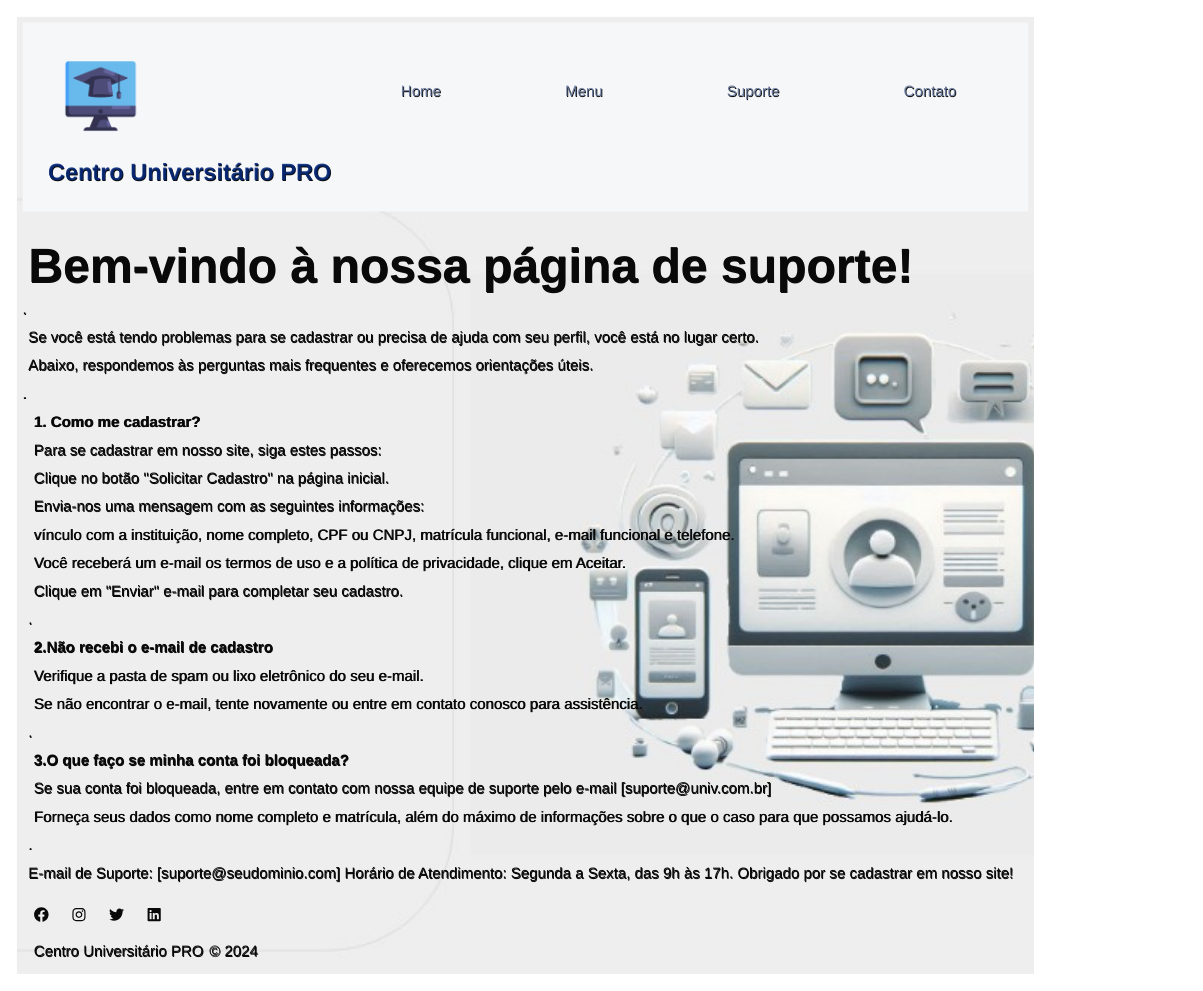
Repository: DanuziaRA/Cadastros-de-Usuarios
Page: /suporte
An editor plug-in stored every save of this project. The page is shown before and after a run of saves, followed by the edit.
The browser window is 1280 px wide. The pictures show the whole page, at 94% of full size.
The project was rebuilt for these pictures with package versions that can differ from the ones it lists, and the page was loaded fresh each time. Also part of the build but not shown: vite.config.js, src/components/Footer.css, src/router/Contact.jsx, src/router/ErrorPage.jsx, src/router/ContactDetails.jsx, src/router/Login.css, src/router/Login.jsx, src/router/Menu.jsx and 10 more.

Above is the page before, as saved 2024-10-02 16:46:00.

### src/main.jsx
import { StrictMode } from 'react'
import { createRoot } from 'react-dom/client'
import App from './App.jsx'
import './index.css'

import {createBrowserRouter, RouterProvider,Navigate} from 'react-router-dom';

  import Contact from './router/Contact.jsx';
  import ErrorPage from './router/ErrorPage.jsx';
  import ContactDetails from './router/ContactDetails.jsx';
  import Login from './router/Login.jsx';
  import Menu from './router/Menu.jsx';
  import Suporte from './router/Suporte.jsx';
  import Forget from './router/Forget.jsx';
  import Atualizar from './router/Atualizar.jsx';
  import Excluir from './router/Excluir.jsx';
  import Cadastro from './router/Cadastro.jsx';
  import Cadastropj from './router/Cadastropj.jsx';
  import Cadastroprof from './router/Cadastroprof.jsx';
  import Cadastroforn from './router/Cadastroforn.jsx';
  import Cadastroaluno from './router/Cadastroaluno.jsx';


  const router = createBrowserRouter([
        {
      path: "/",
      element: <App/>,
      errorElement: <ErrorPage />,
      children: [
        {
          path: "/",
          element:<Login />,
        },
        {
          path: "suporte",
          element:<Suporte />,
        },
        {
          path: "menu",
          element:<Menu />,
        },
        {
          path: "contact",
          element:<Contact />,
        },
        //Nested routes - identificando unico
        {
          path: "/contact/id",
          element: <ContactDetails />,
        },
        {
          path: "forget",
          element: <Forget />,
        },
        {
          path: "atualizar",
          element: <Atualizar />,
        },
        {
          path: "excluir",
          element: <Excluir />,
        },
        {
          path: "cadastropf",
          element: <Cadastro />,
        },
        {
          path: "cadastropj",
          element: <Cadastropj />,
        },
        {
          path: "cadastroprof",
          element: <Cadastroprof />,
        },
        {
          path: "cadastroforn",
          element: <Cadastroforn />,
        },
        {
          path: "cadastroaluno",
          element: <Cadastroaluno />,
        },
        //Navigate para página não existentes
        {
          path: "oldcontact",
          element: <Navigate to="/contact" />,
        },
      ],
    },
    ]);


createRoot(document.getElementById('root')).render(
  <StrictMode>
    <RouterProvider router={router} />
    </StrictMode>,
);

### src/App.jsx
import './App.css'

import { Outlet } from 'react-router-dom';
import Navbar from './components/Navbar';
import Footer from './components/Footer'


function App() {
  return (
      <div className='App'>
        <Navbar />
        <h1></h1>
        <Outlet />
        <Footer />
    </div>
  );
}

export default App;

### src/router/Suporte.jsx
import React from 'react';
import './Suporte.css';

function Suporte() {

    return (
    <div>
        <h1>Bem-vindo à nossa página de suporte!</h1>.
        <p>Se você está tendo problemas para se cadastrar ou precisa de ajuda com seu perfil, você está no lugar certo.</p>
        <p>Abaixo, respondemos às perguntas mais frequentes e oferecemos orientações úteis.</p>.

        <div>
        <h2>1. Como me cadastrar?</h2>
        <p>Para se cadastrar em nosso site, siga estes passos:</p>
<p>Clique no botão "Solicitar Cadastro" na página inicial.</p>
<p>Envia-nos uma mensagem com as seguintes informações:</p>
<p>vínculo com a instituição, nome completo, CPF ou CNPJ, matrícula funcional, e-mail funcional e telefone.</p>
<p>Você receberá um e-mail os termos de uso e a política de privacidade, clique em Aceitar.</p>
<p>Clique em "Enviar" e-mail para completar seu cadastro.</p>.
</div>

<div>
        <h3>2.Não recebi o e-mail de cadastro</h3>
        <p>Verifique a pasta de spam ou lixo eletrônico do seu e-mail.</p>
        <p> Se não encontrar o e-mail, tente novamente ou entre em contato conosco para assistência.</p>.
        </div>

        <div>
        <h4>3.O que faço se minha conta foi bloqueada?</h4>
        <p>Se sua conta foi bloqueada, entre em contato com nossa equipe de suporte pelo e-mail [suporte@univ.com.br]</p>
        <p>Forneça seus dados como nome completo e matrícula, além do máximo de informações sobre o que o caso para que possamos ajudá-lo.</p>.
    </div>

    <div>
    E-mail de Suporte: [suporte@seudominio.com]
Horário de Atendimento: Segunda a Sexta, das 9h às 17h.

Obrigado por se cadastrar em nosso site!
    </div>
    </div>
    )
}

export default Suporte;

### src/App.css
* {
  box-sizing: border-box;
  margin: 6px;
  padding: 0px;
  font-family: Helvetica;
  font-size: 16px;
  text-shadow: #0d0d0d 0.7px 0.7px;
  color:rgb(9, 9, 9)
}
.App{
  display: flex;
  flex-direction: column;
  flex-grow: 1;
  justify-content: center;
  align-items: left;
  background-size: cover;
  background-image: url("src/assets/Fundo minimalista cadastro 4.jpg");
  background-position: center;
  }

### src/components/Navbar.jsx
import { Link } from "react-router-dom"
import logo from './../assets/LOGO novo.png'
import { Component } from "react";
import './Navbar.css';


const Navbar = () => {
    return (
    <nav className="navbar">
        <div className="navbar-logo">
        <Link to="/">
            <img src={logo} alt=""/>
            </Link>
            <h1>Centro Universitário PRO</h1>
            </div>
            <ul className="navbar-links">
            <li><a href="/">Home</a></li>
            <li><a href="/Menu">Menu</a></li>
            <li><a href="/Suporte">Suporte</a></li>
            <li><a href= "/Contact">Contato</a></li>
            </ul>
    </nav>
    )
}

export default Navbar

### src/components/Footer.jsx
import { FaFacebook, FaInstagram,FaTwitter,FaLinkedin } from "react-icons/fa"
import { Link } from "react-router-dom";
import './Footer.css';

function Footer(){
    return (
        <nav>
            <Link to="https://www.facebook.com/?locale=pt_BR">
            < FaFacebook alt=""/>
            </Link>
            <Link to="https://www.instagram.com/">
            < FaInstagram alt=""/>
            </Link>
            <Link to="/">
            < FaTwitter alt=""/>
            </Link>
            <Link to="https://www.linkedin.com.br">
            < FaLinkedin alt=""/>
            </Link>
            <p><span>Centro Universitário PRO</span>&copy; 2024</p>
            </nav>


    );

}
export default Footer

### src/router/Menu.css
nav li{
    width: 30%;
    height: 70%;
    outline: none;
    font-size: 16px;
    color: #070000;
    padding: 10px 20px;
    margin: 30px;
    }
nav li a{
    color: #7a7a7a;
    font-size: 16px;
    text-decoration: none;

}

### src/components/Navbar.css
.navbar{
    display: flex;
    justify-content: space-between;
    padding: 15px;
    align-items: left;
    background-color:rgb(245, 247, 249)

}
.navbar-logo h1{
    color: #06297ae1;
    font-size: 25px;
    align-items: center;


}
.navbar-links {
list-style-type: none;
display: flex;
gap: 20px;
align-items: left;

}
.navbar li{
    display: inline;
    }
.navbar-links li a {
    color: #67789ee1;
    text-decoration: none;
}
.navbar-links li a:hover{
    color:#ddd;
}

Loaded but not shown: index.html (common file); src/index.css (common file)

After the next 2 saves:
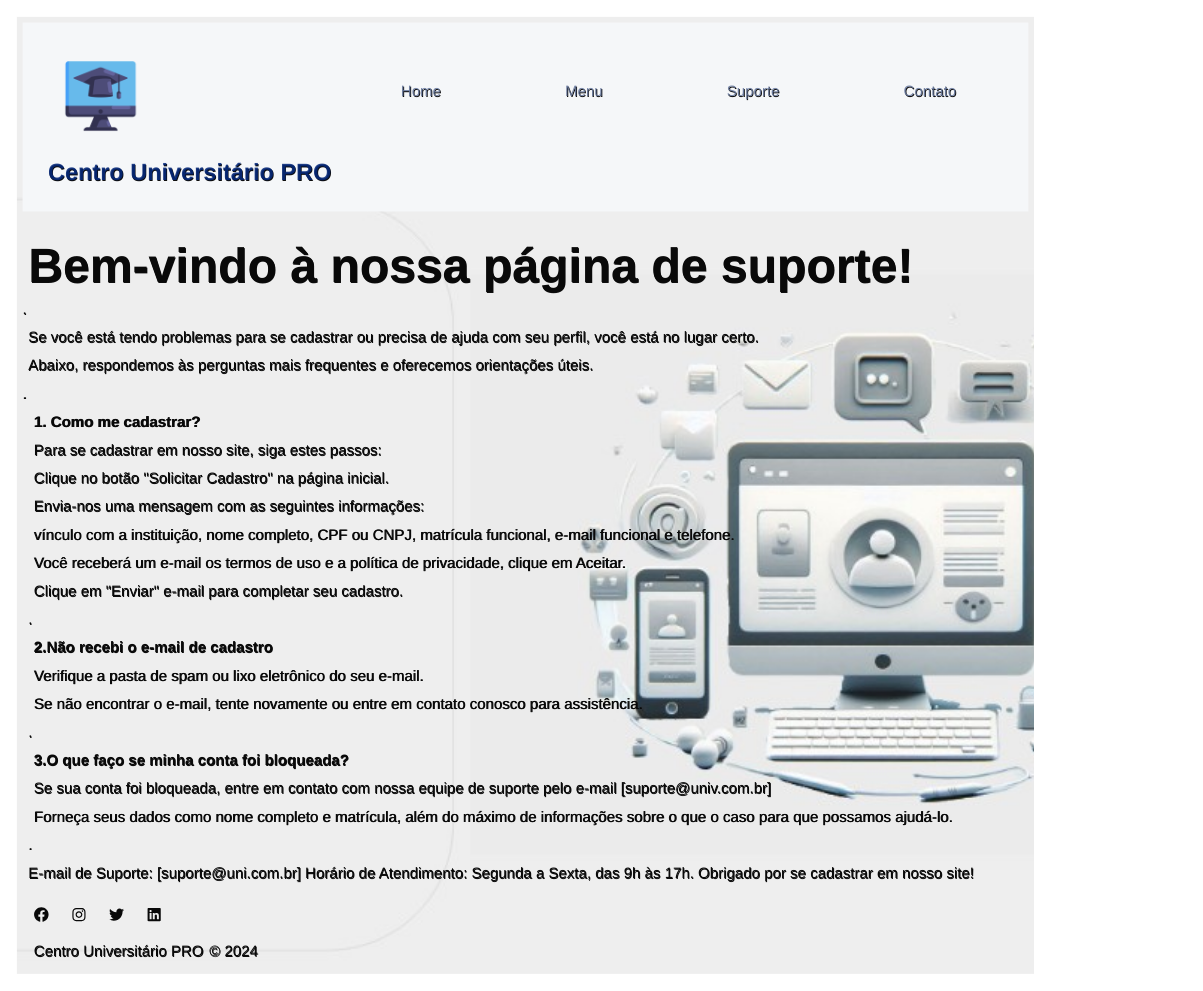
The 2 saves are shown as one change because they came seconds apart.
The last was saved 10 s later.
--- a/src/router/Suporte.jsx
+++ b/src/router/Suporte.jsx
@@ -32,7 +32,7 @@ function Suporte() {
     </div>
 
     <div>
-    E-mail de Suporte: [suporte@seudominio.com]
+    E-mail de Suporte: [suporte@uni.com.br]
 Horário de Atendimento: Segunda a Sexta, das 9h às 17h.
 
 Obrigado por se cadastrar em nosso site!
